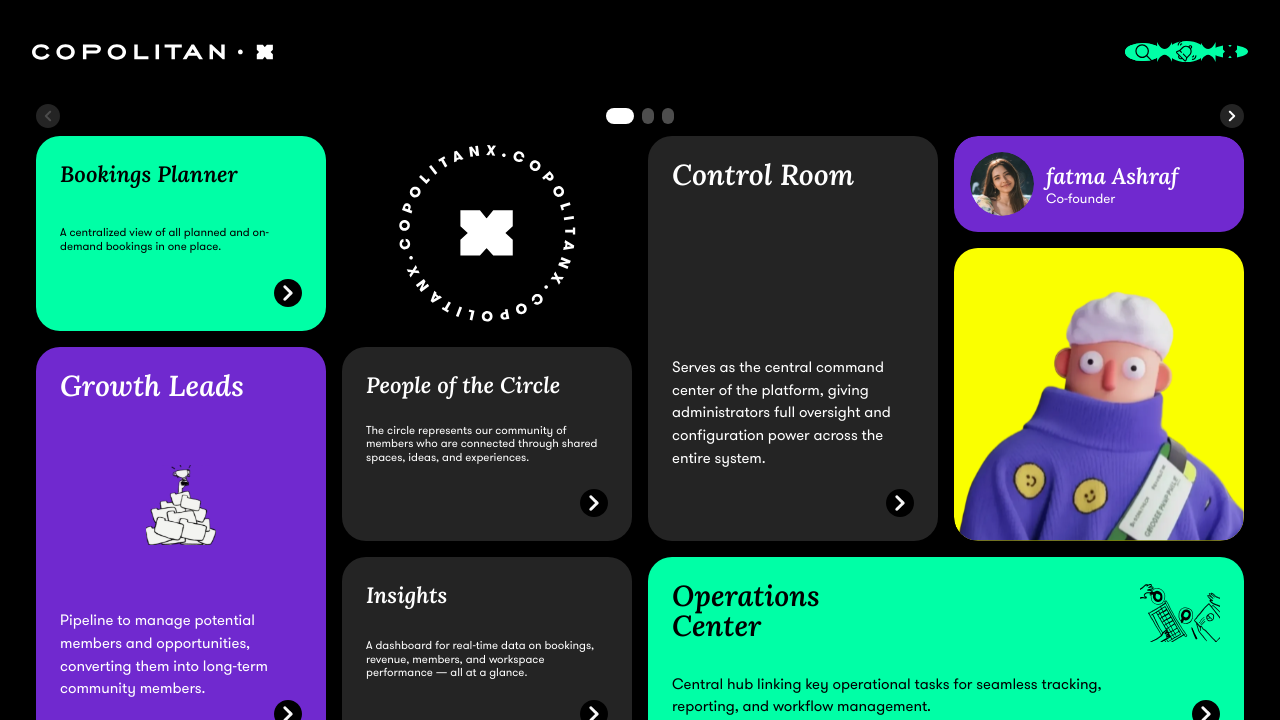
Repository: mohameddtalal/Copolitan-X
Page: /dashboard
An editor plug-in stored every save of this project. The page is shown before and after the next save, followed by the edit.
The browser window is 1280 px wide. The pictures show the whole page.
The project was rebuilt for these pictures with package versions that can differ from the ones it lists, and the page was loaded fresh each time. The framework's server and built-in components were replaced by stand-ins that run in the browser. Also part of the build but not shown: next.config.ts.

Above is the page before, as saved 2026-02-10 16:02:47.

### src/app/layout.tsx
import type { Metadata } from "next";
import { Geist, Geist_Mono } from "next/font/google";
import "./globals.css";
import Navbar from "@/components/Navbars/NavbarDynamic";
import { NavProvider } from "@/components/Context/Navcontext";

const geistSans = Geist({
  variable: "--font-geist-sans",
  subsets: ["latin"],
});

const geistMono = Geist_Mono({
  variable: "--font-geist-mono",
  subsets: ["latin"],
});

export const metadata: Metadata = {
  title: "Create Next App",
  description: "Generated by create next app",
};

export default function RootLayout({
  children,
}: Readonly<{
  children: React.ReactNode;
}>) {
  return (
    <html lang="en">
      <body
        className={`${geistSans.variable} ${geistMono.variable} antialiased  w-full flex flex-col m-0 p-0`}
      >

        <NavProvider>
          <div className="flex-shrink-0">
            <Navbar />
          </div>
          <div className="flex-1 overflow-auto w-full">
            {children}
          </div>
        </NavProvider>

      </body>
    </html>
  );
}

### src/app/(pages)/dashboard/page.tsx

'use client';

import BentoGrid from "@/components/BentoGrid/BentoGrid";





export default function DashboardPage() {
  return (
      <>
        <BentoGrid/>
      </>
  );
}

### src/app/globals.css
@import "tailwindcss";



:root {
  --background: #000000;
  --foreground: #ffffff;
  --green: #00ffa6;
}



@theme inline {
  --color-background: var(--background);
  --color-foreground: var(--foreground);
}

@media (prefers-color-scheme: dark) {
  :root {
    --background: #000000;
    --foreground: #ffffff;
  }
}

/* GT Walsheim */
@font-face {
  font-family: "GT Walsheim";
  src: url("/fonts/GT-Walsheim-Pro-Light.ttf") format("truetype");
  font-weight: 300;
  font-style: normal;
  font-display: swap;
}

@font-face {
  font-family: "GT Walsheim";
  src: url("/fonts/GT-Walsheim-Pro-Regular.ttf") format("truetype");
  font-weight: 400;
  font-style: normal;
  font-display: swap;
}

@font-face {
  font-family: "GT Walsheim";
  src: url("/fonts/GT-Walsheim-Pro-Medium.ttf") format("truetype");
  font-weight: 500;
  font-style: normal;
  font-display: swap;
}

@font-face {
  font-family: "GT Walsheim";
  src: url("/fonts/GT-Walsheim-Pro-Bold.ttf") format("truetype");
  font-weight: 700;
  font-style: normal;
  font-display: swap;
}

@font-face {
  font-family: "GT Walsheim";
  src: url("/fonts/GT-Walsheim-Pro-Ultra-Bold.ttf") format("truetype");
  font-weight: 800;
  font-style: normal;
  font-display: swap;
}

@font-face {
  font-family: "GT Walsheim";
  src: url("/fonts/GT-Walsheim-Pro-Ultra-Bold-Oblique.ttf") format("truetype");
  font-weight: 800;
  font-style: italic;
  font-display: swap;
}

@font-face {
  font-family: "Lora";
  src: url("/fonts/Lora-Italic.ttf") format("truetype");
  font-weight: 400;
  font-style: italic;
  font-display: swap;
}

@font-face {
  font-family: "Lora";
  src: url("/fonts/Lora-MediumItalic.ttf") format("truetype");
  font-weight: 500;
  font-style: italic;
  font-display: swap;
}

@font-face {
  font-family: "Lora";
  src: url("/fonts/Lora-SemiBoldItalic.ttf") format("truetype");
  font-weight: 600;
  font-style: italic;
  font-display: swap;
}

@font-face {
  font-family: "Lora";
  src: url("/fonts/Lora-BoldItalic.ttf") format("truetype");
  font-weight: 700;
  font-style: italic;
  font-display: swap;
}

body {
  background: var(--background);
  color: var(--foreground);
  font-family:
    "GT Walsheim",
    "Lora",
}

.font-gtwalsheim {
  font-family: "GT Walsheim";
  font-weight: 400;
}

.font-lora {
  font-family: "Lora";
}

.lora-semibold-italic {
  font-family: "Lora";
  font-weight: 600;
  font-style: italic;
}



.title-lg {
  font-size: clamp(1.125rem, 0.8571rem + 1.1905vw, 2rem);
  line-height: 30px;
}

.desc-lg {
  font-size: clamp(0.75rem, 0.6735rem + 0.3401vw, 1rem);
}

.title-md {
  font-size: clamp(1rem, 0.8469rem + 0.6803vw, 1.5rem);
  line-height: clamp(1.375rem, 1.1837rem + 0.8503vw, 2rem);
}

.desc-md {
  font-size: clamp(0.75rem, 0.7117rem + 0.1701vw, 0.875rem);
  line-height: clamp(0.75rem, 0.7117rem + 0.1701vw, 0.875rem);
}

.title-sm {
  font-size: clamp(1rem, 0.8469rem + 0.6803vw, 1.5rem);
  line-height: clamp(1.375rem, 1.1837rem + 0.8503vw, 2rem);
}

.desc-sm {
  font-size: clamp(0.625rem, 0.5867rem + 0.1701vw, 0.75rem);
  line-height: clamp(0.75rem, 0.7117rem + 0.1701vw, 0.875rem);
}
@media (min-height: 670px) {
body,html{
height: 100%;
}
}


/* width */
::-webkit-scrollbar {
  width: 8px;
  height: 8px;
}

/* Track */
::-webkit-scrollbar-track {
  background: transparent;
}

/* Handle */
::-webkit-scrollbar-thumb {
  background-color: #555;
  border-radius: 9999px;
  border: 2px solid transparent;
  background-clip: content-box;
}

/* Handle on hover */
::-webkit-scrollbar-thumb:hover {
  background-color: #777;
}

/* Flip Card Styles */
.perspective-1000 {
  perspective: 1000px;
}
.flip-wrapper {
  width: 100%;
  height: 100%;
  position: relative;
  transform-style: preserve-3d;
  cursor: pointer;
}

.flip-front,
.flip-back {
  backface-visibility: hidden;
  position: absolute;
  top: 0;
  left: 0;
  width: 100%;
  height: 100%;
}

.flip-front {
  z-index: 2;
  transform: rotateY(0deg);
}

.flip-back {
  transform: rotateY(180deg);
}

.rotate-y-180 {
  transform: rotateY(180deg);
}


.card-back-scroller {
  flex: 1;
  overflow-y: auto;
  margin-top: auto;
}

### src/components/Navbars/NavbarDynamic.tsx
"use client";
import { useRouter } from "next/navigation";
import Link from "next/link";
import Image from "next/image";
import { useState } from "react";
import { useNav } from "@/components/Context/Navcontext";
import styles from "./Navbar.module.css"

const Navbar = () => {
  const [isSearchOpen, setIsSearchOpen] = useState(false);
  const [searchText, setSearchText] = useState("");
  const { selectedTitle, selectedButton } = useNav();
  const router = useRouter();
  const handleSearch = () => {
    setIsSearchOpen((prev) => !prev); // toggle input
  };
  return (
    <nav className={styles.navbar }>
      <div className={styles.row}>
        <Link href="/dashboard">
          <div className="logo">
            <Image
              src="/navbar/Layer_1.svg"
              alt="LogoImage"
              className={styles.logoImg}
              width={301}
              height={26}
            />
          </div>
        </Link>
        <div className={styles.navInside}>
          <div
            className={styles.title}
          >
            <p>{selectedTitle}</p>
          </div>
          <div
            className={styles.selectedBtn}

          >
            <p>{selectedButton}</p>
          </div>
        </div>
        <div className={styles.navItems} >
          {isSearchOpen && (
            <input
              type="text"
              className={styles.searchInput}
              placeholder="Search..."
              value={searchText}
              onChange={(e) => setSearchText(e.target.value)}
              autoFocus
            />
          )}
          <div className={styles.search}>
            <button
              className={styles.search}
              style={{ zIndex: 10, cursor: "pointer" }}
              onClick={handleSearch}
            >
              <Image
                className="search-img"
                src="/navbar/search.svg"
                alt="search"
                width={18}
                height={18}
              />
            </button>
            {/* Search input (show only if open) */}
          </div>
          <div className={styles.line}></div>
          <div className={styles.notifications}>
            <button
              className="notification"
              style={{ cursor: "pointer" }}
              onClick={() => router.push("/notificationPage")}
            >
              <Image
                className="notification-img"
                src="/navbar/notification.svg"
                alt="notification"
                width={21}
                height={21}
              />
            </button>
          </div>
          <div className={styles.line}></div>
          <div className={styles.quote}>
            <Image
              src="/navbar/quote.svg"
              alt="quote"
              width={14}
              height={13}
              className="quote-img"
            />
          </div>
        </div>
      </div>
    </nav>
  );
};

export default Navbar;

### src/components/Context/Navcontext.tsx
"use client";

import { createContext, useContext, useState } from "react";

const NavContext = createContext<any>(null);

export function NavProvider({ children }: { children: React.ReactNode }) {
  const [selectedTitle, setSelectedTitle] = useState("");
  const [selectedButton, setSelectedButton] = useState("");

  return (
    <NavContext.Provider
      value={{ selectedTitle, setSelectedTitle, selectedButton, setSelectedButton }}
    >
      {children}
    </NavContext.Provider>
  );
}

export function useNav() {
  return useContext(NavContext);
}

### src/components/BentoGrid/BentoGrid.tsx
import React, { useState } from 'react';
import { motion } from 'framer-motion';
import Navigation from '../Navigation/Navigation';
import PageContainer from '../PageContainer/PageContainer';
import BadgeCard from '../BadgeCard/BadgeCard';

const BentoGrid = () => {
    const [currentPage, setCurrentPage] = useState(0);

    // Dummy data for cards - 3 pages × 12 cards each
    const pages = [
        // Page 1
        [
            { id: 1, title: "Bookings Planner", description: "A centralized view of all planned and on-demand bookings in one place.", color: "bg-[var(--green)]", span: "col-span-1 row-span-1", flippable: true },
            { id: 2, title: "", description: "", color: "bg-[var(--background)]", span: "col-span-1 row-span-1", image: "/cards/CIRCULAR TEXT.svg" },
            { id: 3, title: "Control Room", description: "Serves as the central command center of the platform, giving administrators full oversight and configuration power across the entire system.", color: "bg-[#242424]", span: "col-span-1 row-span-2", flippable: true },
            { id: 4, title: "fatma Ashraf", description: "Co-founder", color: "bg-[var(--background)]", span: "col-span-1 row-span-2", isSplit: true, profileImage: "/cards/profile.svg", characterImage: "/cards/character.svg" },
            { id: 5, title: "Growth Leads", description: "Pipeline to manage potential members and opportunities, converting them into long-term community members.", color: "bg-[#7029CF]", span: "col-span-1 row-span-2", cardImage: "/cards/card5.svg", layoutType: "column" },
            { id: 6, title: "People of the Circle", description: "The circle represents our community of members who are connected through shared spaces, ideas, and experiences.", color: "bg-[#242424]", span: "col-span-1 row-span-1" },
            { id: 7, title: "Insights", description: "A dashboard for real-time data on bookings, revenue, members, and workspace performance — all at a glance.", color: "bg-[#242424]", span: "col-span-1 row-span-1" ,flippable: true },
            { id: 8, title: "Operations \nCenter", description: "Central hub linking key operational tasks for seamless tracking, reporting, and workflow management.", color: "bg-[var(--green)]", span: "col-span-2 row-span-1", cardImage: "/cards/card8.svg", layoutType: "row" },
        ],
        // Page 2
        [
            { id: 9, title: "Partnerships Network", description: "Oversee and manage all partnerships, deals, and strategic collaborations", color: "bg-[#FFD3D2]", span: "col-span-1 row-span-1", flippable: true },
            { id: 2, title: "", description: "", color: "bg-[var(--background)]", span: "col-span-1 row-span-1", image: "/cards/CIRCULAR TEXT.svg" },
            { id: 10, title: "Security \nControl", description: "Serves as the central command center of the platform, giving administrators full oversight and configuration power across the entire system.", color: "bg-[#242424]", span: "col-span-1 row-span-2", cardImage: "/cards/card11.svg", layoutType: "column" },
            { id: 4, title: "fatma Ashraf", description: "Co-founder", color: "bg-[var(--background)]", span: "col-span-1 row-span-2", isSplit: true, profileImage: "/cards/profile.svg", characterImage: "/cards/character.svg" },
            { id: 11, title: "Finance Center", description: "A control panel for streamlined financial records and insights collaborations.", color: "bg-[#242424]", span: "col-span-1 row-span-2" },
            { id: 12, title: "Experience& \nEngagement Lab", description: "A tools lab that drives engagement and growth where experience is refined and elevated.", color: "bg-[#242424]", span: "col-span-1 row-span-1" },
            { id: 13, title: "Data Hub", description: "A streamlined repository for all data collect, analyze, and access key metrics to drive informed decisions.", color: "bg-[#242424]", span: "col-span-1 row-span-1" },
            { id: 14, title: "Facility \nManagement ", description: "Central hub linking key operational tasks for seamless tracking, reporting, and workflow management.", color: "bg-[#242424]", span: "col-span-2 row-span-1", cardImage: "/cards/card15.svg", layoutType: "row" },
        ],
        // Page 3
        [
            { id: 15, title: "Data Hub", description: "A streamlined repository for all data collect, analyze, and access key metrics to drive informed decisions.", color: "bg-[#FFD3D2]", span: "col-span-1 row-span-1", flippable: true },
            { id: 2, title: "", description: "", color: "invisible pointer-events-none", span: "col-span-1 row-span-1", image: "/cards/CIRCULAR TEXT.svg" },
            { id: 10, title: "Security \nControl", description: "Serves as the central command center of the platform, giving administrators full oversight and configuration power across the entire system.", color: "invisible pointer-events-none", span: "col-span-1 row-span-2", cardImage: "/cards/card11.svg", layoutType: "column" },
            { id: 4, title: "fatma Ashraf", description: "Co-founder", color: "bg-[var(--background)]", span: "col-span-1 row-span-2", isSplit: true, profileImage: "/cards/profile.svg", characterImage: "/cards/character.svg" },
            { id: 11, title: "Finance Center", description: "A control panel for streamlined financial records and insights collaborations.", color: "invisible pointer-events-none", span: "col-span-1 row-span-2" },
            { id: 12, title: "Experience& \nEngagement Lab", description: "A tools lab that drives engagement and growth where experience is refined and elevated.", color: "invisible pointer-events-none", span: "col-span-1 row-span-1" },
            { id: 13, title: "Data Hub", description: "A streamlined repository for all data collect, analyze, and access key metrics to drive informed decisions.", color: "invisible pointer-events-none", span: "col-span-1 row-span-1" },
            { id: 14, title: "Facility \nManagement ", description: "Central hub linking key operational tasks for seamless tracking, reporting, and workflow management.", color: "invisible pointer-events-none", span: "col-span-2 row-span-1", cardImage: "/cards/card15.svg", layoutType: "row" },
        ],



    ];
    const nextPage = () => {
        if (currentPage < pages.length - 1) {
            setCurrentPage(currentPage + 1);
        }
    };

    const prevPage = () => {
        if (currentPage > 0) {
            setCurrentPage(currentPage - 1);
        }
    };

    return (
        <div className="w-full h-full  px-1 sm:px-1 md:px-2 lg:px-3 xl:px-5 flex flex-col overflow-hidden">
            {/* Navigation Section */}
            <Navigation
              currentPage={currentPage}
              pages={pages}
              setCurrentPage={setCurrentPage}
              totalPages={pages.length}
              onPrev={prevPage}
              onNext={nextPage}
            />

            {/* Grid Container */}
            <div className="flex-1 overflow-hidden w-full min-h-0">
                <div
                    className="flex  w-full transition-transform duration-1000 ease-[cubic-bezier(0.16,1,0.3,1)]"
                    style={{ transform: `translateX(-${currentPage * 100}%)` }}
                >
                    {pages.map((page, pageIndex) => (
                        <PageContainer key={pageIndex}>
                            {page.map((card) => (
                                <BadgeCard key={card.id} card={card} />
                            ))}
                        </PageContainer>
                    ))}
                </div>
            </div>


        </div>
    );
};

export default BentoGrid;

### src/components/Navbars/Navbar.module.css
.navbar{

  background-color: var(--background);



}
.logoImg {
 margin: clamp(1.75rem, 1.6536rem + 0.4259vw, 2.0625rem);

}
.navInside {
  display: flex;
  flex-direction: column;
  justify-content: center;
  align-items: center;
  padding: 16px 0px;
  gap: 3px;
  width: 100%;
}
.navItems {
  position: relative;
  display: flex;
  align-items: center;
 margin: clamp(1.75rem, 1.6536rem + 0.4259vw, 2.0625rem);
}
.searchInput {
  position: absolute;
  right: 87px;
  top: 50%;
  transform: translateY(-50%);
  padding: 6px 20px;
  border-radius: 48px;
  border: 1px solid var(--hot-purple);
  outline: none;
  font-size: 14px;
  width: 217px;
  height: 36px;
}
.line {
  margin: 0 -4px;
  width: 15px;
  height: 40px;
  padding: 0;
  border: none;
  background-color: var(--green);
  display: block;
  flex-shrink: 0;
  clip-path: polygon(
    0% 25%,
    0% 10%,
    0% 0%,
    0% 100%,
    0% 90%,
    0% 75%,
    10% 68%,
    20% 63%,
    30% 60%,
    40% 58%,
    50% 57%,
    60% 58%,
    70% 60%,
    80% 63%,
    90% 68%,
    100% 75%,
    100% 90%,
    100% 100%,
    100% 0%,
    100% 10%,
    100% 25%,
    90% 32%,
    80% 37%,
    70% 40%,
    60% 42%,
    50% 43%,
    40% 42%,
    30% 40%,
    20% 37%,
    10% 32%
  );
}

.notifications,
.quote,
.search {
  width: 36.5px;
  height: 36;
  display: flex;
  align-items: center;
  justify-content: center;
  background-color: var(--green);
  border-radius: 50%;
  margin: 0;
}
.row {
  display: flex;
  justify-content: space-between;
  align-items: center;
}
.title{
  margin-bottom: 0;
  color: var(--black);
}
.selectedBtn{
  margin-top: 0;
  font-size: 16px;
  color: var(--black);
}

### src/components/Navigation/Navigation.tsx
import React from 'react';

export default function Navigation({
  currentPage,
  totalPages,
  setCurrentPage,
  pages,
  onPrev,
  onNext,
}: {
  currentPage: number;
  totalPages: number;
  setCurrentPage:Function,
  pages:any[],
  onPrev: () => void;
  onNext: () => void;
}) {
  return (
    <div className="flex items-center justify-between  shrink-0 px-1.5 sm:px-2 md:px-2 lg:px-3 xl:px-4  ">
      <div className="flex  justify-between w-full items-center mb-2">
        <button
          onClick={onPrev}
          disabled={currentPage === 0}
          className={`rounded-full  transition-all ${
            currentPage === 0 ? 'cursor-not-allowed' : 'cursor-pointer'
          }`}
        >
          <img
            src={currentPage === 0 ? "/cards/DimmedLeft.svg" : "/cards/Left.svg"}
            alt="Previous"
            className="w-3 h-3 sm:w-4 sm:h-4 lg:w-6 lg:h-6"
          />
        </button>
   {/* Page Indicators */}
            <div className="flex justify-center gap-2 shrink-0 ">
                {pages.map((_, index) => (
                    <button
                        key={index}
                        onClick={() => setCurrentPage(index)}
                        className={`h-4 cursor-pointer rounded-full transition-all ${currentPage === index ? 'w-5 sm:w-7 bg-white' : 'w-3 bg-white/30'
                            }`}
                    />
                ))}
            </div>
        <button
          onClick={onNext}
          disabled={currentPage === totalPages - 1}
          className={`rounded-full transition-all   ${
            currentPage === totalPages - 1 ? 'cursor-not-allowed' : 'cursor-pointer'
          }`}
        >
          <img
            src={currentPage === totalPages - 1 ? "/cards/DimmedRight.svg" : "/cards/Right.svg"}
            alt="Next"
            className="w-3 h-3 sm:w-4 sm:h-4 lg:w-6 lg:h-6"
          />
        </button>
      </div>
    </div>
  );
}

### src/components/PageContainer/PageContainer.tsx
export default function PageContainer({ children }: { children: React.ReactNode }) {


    return (
        <div className="min-w-full h-full px-1.5 sm:px-2 md:px-2 lg:px-3 xl:px-4 flex items-center justify-center ">
            <div className="grid grid-cols-4 grid-rows-3 gap-2 sm:gap-3 lg:gap-4 w-full h-full auto-rows-fr relative">
                {children}
            </div>
        </div>
    )
}

### src/components/BadgeCard/BadgeCard.module.css

.card-3,
.card-10,
.card-11 {
  display: flex;
  height: 100%;
  flex-direction: column;
  justify-content: space-between;
  padding-bottom: 20px;
}

.card-1,
.card-15,
.card-9 {
  display: flex;
  height: 100%;
  flex-direction: column;
  justify-content: space-between;
  padding-bottom: 25px;
}

.card-13,
.card-7 {
  display: flex;
  height: 100%;
  flex-direction: column;
  justify-content: space-between;
  padding-bottom: 20px;
}
.card-6,
.card-12 {
  display: flex;
  height: 100%;
  flex-direction: column;
  justify-content: space-between;
  padding-bottom: 25px;
}

.card-8,
.card-10,
.card-14 {
  display: flex;
  height: 100%;
  flex-direction: column;
  justify-content: space-between;
  padding-bottom: 10px;
}

.card-icon-8,
.card-icon-14,
.card-icon-12 {
  position: absolute;
  right: 24px;
  bottom: 24px;
}

.card-image-4{
  height: 100%;
}

Loaded but not shown: src/components/BadgeCard/BadgeCard.tsx (226 lines, source omitted)

After the next save:
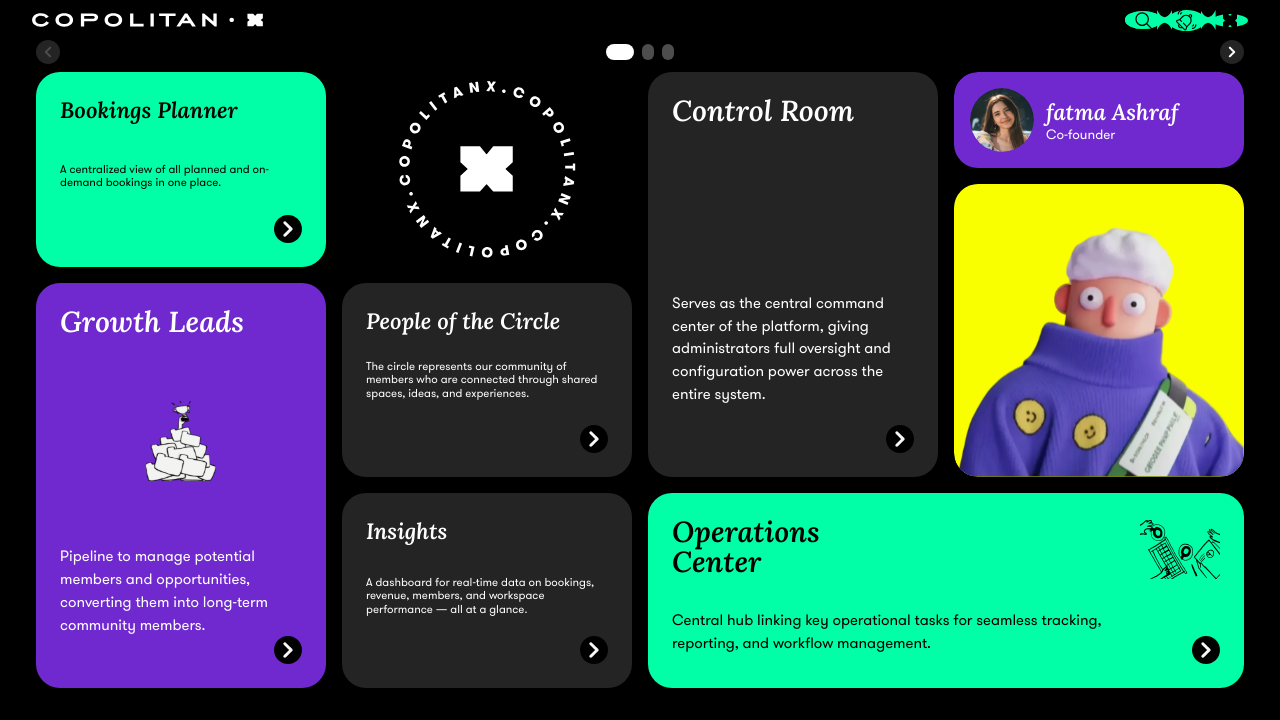
Saved 50 s later.
--- a/src/components/Navbars/Navbar.module.css
+++ b/src/components/Navbars/Navbar.module.css
@@ -6,7 +6,7 @@
 
 }
 .logoImg {
- margin: clamp(1.75rem, 1.6536rem + 0.4259vw, 2.0625rem);
+ margin-left: clamp(1.75rem, 1.6536rem + 0.4259vw, 2.0625rem);
 
 }
 .navInside {
@@ -22,7 +22,7 @@
   position: relative;
   display: flex;
   align-items: center;
- margin: clamp(1.75rem, 1.6536rem + 0.4259vw, 2.0625rem);
+ margin-right: clamp(1.75rem, 1.6536rem + 0.4259vw, 2.0625rem);
 }
 .searchInput {
   position: absolute;
